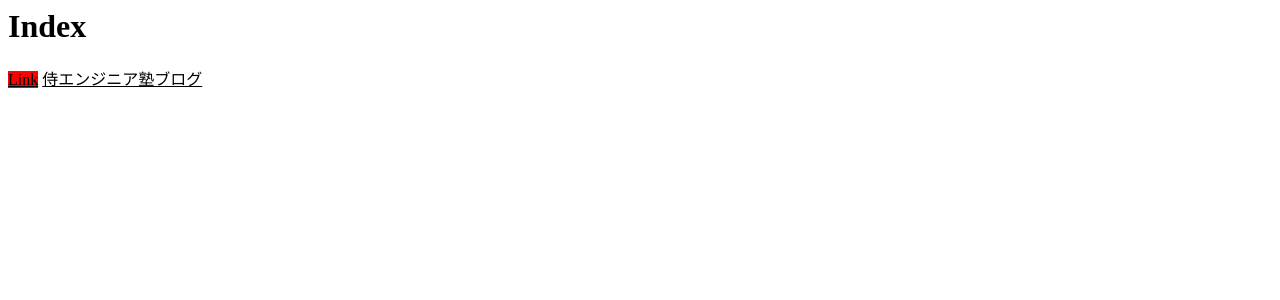
Repository: sachiko23/samurai_HTML-CSS
Page: link.html
The author's editor kept a record of every edit. The page is drawn from the files as they stood at one moment, then again after the next edit.
The browser window is 1280 px wide. The pictures show the whole page.
The pointer rests on the first visible `a`.

Above is the page before.

### link.html
<html lang="ja">
<head>
    <style>
        a:link {
            color: black;
        }

        a:visited {
            color: red;
        }
    </style>
</head>
    <h1>Index</h1>
    <a href="hoge.html">Link</a>
</body>
</html>
<html lang="ja">
    <head>
        <style>
            a:hover {
                background-color: red;
            }
        </style>
    </head>
    <bpdy>
        <a href="https://www.sejuku.net/blog/">侍エンジニア塾ブログ</a>
    </bpdy>
</html>

After the next edit:
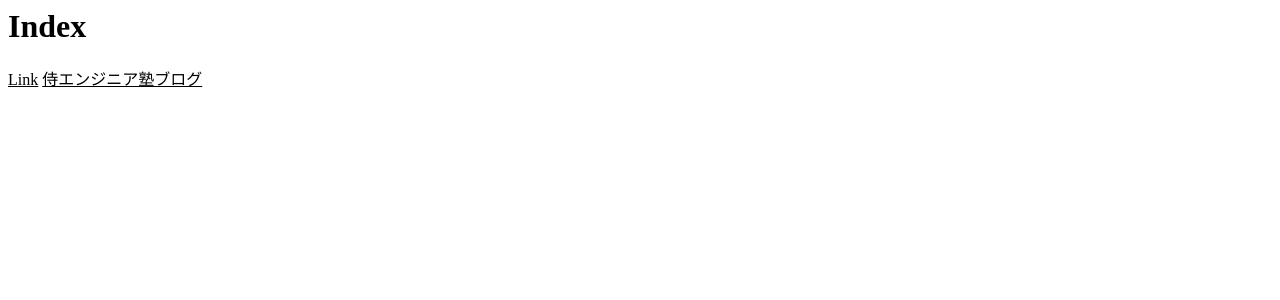
The edit:
--- a/link.html
+++ b/link.html
@@ -17,9 +17,7 @@
 <html lang="ja">
     <head>
         <style>
-            a:hover {
-                background-color: red;
-            }
+
         </style>
     </head>
     <bpdy>

After the edit that followed:
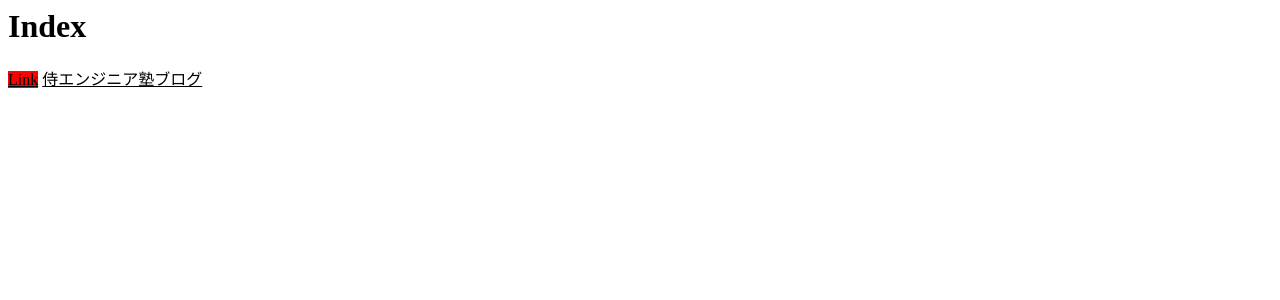
The edit:
--- a/link.html
+++ b/link.html
@@ -8,6 +8,9 @@
         a:visited {
             color: red;
         }
+         a:hover {
+                background-color: red;
+            }
     </style>
 </head>
     <h1>Index</h1>
